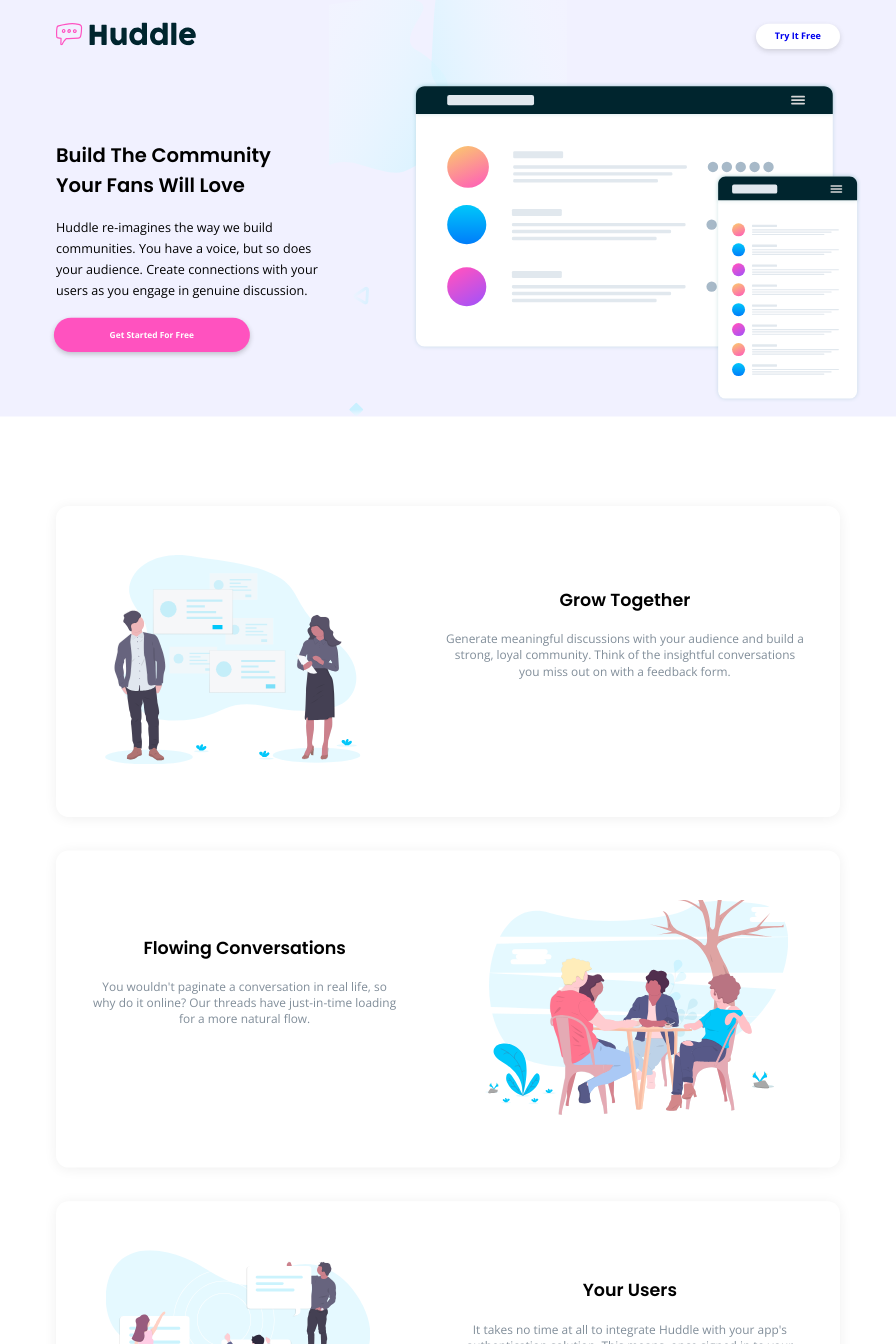
Repository: DejV44/Huddle-landing-page
Page: index.html
These files come from the project's save history. The page is drawn as it stood at one moment and after the next save; the edit follows.
The browser window is 1280 px wide. The pictures show the part of the page from y = 0 to 1920 px (the page is 3239 px tall), at 70% of full size.
The style sheet was rebuilt from its Sass, Less or Tailwind sources for each picture, by a compiler version that may differ from the author's.

Above is the page before, as saved 2021-08-22 14:02:17.

### index.html
<!DOCTYPE html>
<html lang="en">
<head>
  <meta charset="UTF-8">
  <meta name="viewport" content="width=device-width, initial-scale=1.0"> <!-- displays site properly based on user's device -->
  <link rel="stylesheet" href="/css/style.css">
  <link rel="stylesheet" href="/fontawesome-free-5.15.3-web/css/all.css">
  <link rel="icon" type="image/png" sizes="32x32" href="./images/favicon-32x32.png">

  <title>Frontend Mentor | Huddle landing page with alternating feature blocks</title>

</head>
<body>
  <header>
    <div class="nav">
      <div class="logo">
        <img src="/images/logo.svg" alt="logo">
      </div>
      <a href="#">Try It Free</a>
    </div>
    <content class="main">
      <article class="building">
        <h1>Build The Community Your Fans Will Love</h1>
        <h3> Huddle re-imagines the way we build communities. You have a voice, but so does your audience.
        Create connections with your users as you engage in genuine discussion.</h3>
        <a class="main-btn" href="#">Get Started For Free</a>
      </article>
      <div class="img-main">
        <img class="img" src="/images/illustration-mockups.svg" alt="">
      </div>
    </content>

  </header>
  <section class="cards">
    <div class="card-one">
      <div class="img-cards">
        <img src="/images/illustration-grow-together.svg" alt="">
      </div>
      <content class="card">
        <h2>Grow Together</h2>
        <p>Generate meaningful discussions with your audience and build a strong, loyal community.
        Think of the insightful conversations you miss out on with a feedback form.</p>
      </content>
    </div>
    <div class="card-two">
      <div class="img-cards">
        <img src="/images/illustration-flowing-conversation.svg" alt="">
      </div>
      <content class="card">
        <h2>Flowing Conversations</h2>
        <p>You wouldn't paginate a conversation in real life, so why do it online? Our threads
        have just-in-time loading for a more natural flow.</p>
      </content>
    </div>
    <div class="card-three">
      <div class="img-cards">
        <img src="/images/illustration-your-users.svg" alt="">
      </div>
      <content class="card">
        <h2>Your Users</h2>
        <p>It takes no time at all to integrate Huddle with your app's authentication solution.
        This means, once signed in to your app, your users can start chatting immediately.</p>
      </content>
    </div>
    <container class="ready">
      <h2>Ready To Build Your Community?</h2>
      <a href="#">Get Started For Free</a>
    </container>
  </section>
  <footer>
    <container class="footer">
      <div class="section1">
        <img src="/images/logoWhite.svg" alt="logo">
        <div class="info">
          <img src="/images/icon-location.svg" alt="location">
          <p>Lorem ipsum dolor sit amet, consectetur adipiscing elit, sed do eiusmod tempor
          incididunt ut labore et dolore magna aliqua</p>
        </div>
        <div class="phone">
          <img src="/images/icon-phone.svg" alt="phone">
          <a href="tel:+1-543-123-4567">+1-543-123-4567</a>
        </div>
        <div class="mail">
          <img src="/images/icon-email.svg" alt="email">
          <a href="example@huddle.com">example@huddle.com</a>
        </div>
      </div>
      <div class="section2">
        <ul>
          <li><a href="#">About Us</a></li>
          <li><a href="#">What We Do</a></li>
          <li><a href="#">FAQ</a></li>
        </ul>
      </div>
      <div class="section3">
        <ul>
          <li><a href="#">Career</a></li>
          <li><a href="#">Blog</a></li>
          <li><a href="#">Contact Us</a></li>
        </ul>
      </div>
      <div class="copyright">
        <div class="social">
          <span><i class="fab fa-facebook-f"></i></span>
          <span><i class="fab fa-twitter"></i></span>
          <span><i class="fab fa-instagram"></i></span>
        </div>
        <p>&copy; Copyright 2018 Huddle. All rights reserved.</p>
      </div>
    </container>
  </footer>
  <footer>
    <p class="attribution">
      Challenge by <a href="https://www.frontendmentor.io?ref=challenge" target="_blank">Frontend Mentor</a>.
      Coded by <a href="#">davegraphics</a>.
    </p>
  </footer>
</body>
</html>

### css/style.scss
* {
    margin: 0;
    padding: 0;
    //font-family: 'Poppins', sans-serif;
    -webkit-font-smoothing: antialiased;
}

body {
    font-family: 'Open Sans', sans-serif;
}

// ---FONTS---
@import url('https://fonts.googleapis.com/css2?family=Open+Sans:wght@400;700&display=swap');
@import url('https://fonts.googleapis.com/css2?family=Poppins:wght@600&display=swap');

@import "variables";
@import "mixin";

@import "cards";
@import "header";
@import "footer";

### css/_variables.scss
$Pink: hsl(322, 100%, 66%);
$PinkHover: hsl(322, 97%, 72%);
$VeryPaleCyan: hsl(193, 100%, 96%);
$VeryDarkCyan: hsl(192, 100%, 9%);
$GrayishBlue: hsl(208, 11%, 55%);

### css/_mixin.scss
@mixin cards {
    display: flex;
    flex-direction: column;
    margin: 3rem auto 1rem auto;
    text-align: center;
    box-shadow: rgba(0, 0, 0, 0.068) 0px 2px 18px;
    border-radius: 18px;
    align-items: center;
    @media (min-width: 768px) {
        flex-direction: row;

    }


    .card {

        display: block;
        margin: auto 3rem;
        h2 {
            padding-bottom: 1.5rem;
            font-size: 25px;
            font-family: 'Poppins', sans-serif
        }
        p {
            display: block;
            font-size: 17px;
            color: $GrayishBlue;
            padding-bottom: 3rem;
            margin-bottom: 2rem;

        }
    }
    .img-cards {
        display: block;
        padding: 30px 50px;
        margin: auto;

            img {
                width: 90%;
                margin: 40px auto;
            }
    }
}

### css/_cards.scss
.cards {
    padding: 1rem;
    margin: 0 auto;
    box-sizing: border-box;


    .card-one, .card-two, .card-three {
        @include cards;
    }

    .ready {
        display: block;
        box-sizing: border-box;
        text-align: center;
        transform: translateY(50%);
        background-color: white;
        margin: 0 auto;
        padding: 1rem 1rem;
        box-shadow: rgba(39, 39, 39, 0.24) 0px 3px 8px;
        max-width: 600px;
        text-align: center;
        align-items: center;
        border-radius: 18px;
        h2 {
            font-size: 21px;
            font-family: 'Poppins', sans-serif;
            margin: 1.5rem auto;
        }

        a {
            display: block;
            text-decoration: none;
            font-weight: 600;
            font-size: 12px;
            margin: 1.5rem auto;
            padding: 1rem 0;
            max-width: 250px;
            border-radius: 30px;
            background: $Pink;
            color: white;
            box-shadow: rgba(39, 39, 39, 0.24) 0px 3px 8px;

            &:hover {
                background: $PinkHover;
            }
        }
    }

}

@media (min-width: 768px) {
    .cards {
       padding: 5rem;

       .card-two {
        flex-direction: row-reverse;
    }
    }




}

### css/_header.scss
header {
    background: url(/images/bg-hero-mobile.svg);
    background-color: rgb(241, 241, 255);
    background-size: contain;
    background-position: center;
    background-repeat: no-repeat;
    text-align: center;

    .nav {
        display: flex;
        justify-content: space-between;
        padding: 2rem 1.6rem;
        @media (min-width: 768px) {
            padding: 2rem 5rem;

        }

        img {
            width: 120px;

            @media (min-width: 768px) {
                width: 200px;

            }
        }

        a {
            text-decoration: none;
            font-size: 13px;
            font-weight: 600;
            margin-top: -4px;
            padding: 0.3rem 1.7rem;
            background-color: white;
            border-radius: 25px;
            box-shadow: rgba(99, 99, 99, 0.24) 0px 3px 8px;

            @media (min-width: 768px) {
                margin-top: 2px;
                padding: 0.5rem 1.7rem;
                text-align: center;

            }
            &:hover {
                color: $GrayishBlue;
            }


        }

    }
    .main {

        margin: 0 auto;

        .building {
            margin: 4rem 3rem 2rem 3rem;
            max-width: 410px;


            h1 {
                margin: 0 1rem;
                font-size: 28px;
                font-family: 'Poppins', sans-serif
            }

            h3 {
                font-weight: 400;
                font-size: 18px;
                margin: 1.5rem 0;
                line-height: 30px;
            }

            .main-btn {

                display: block;
                text-decoration: none;
                font-weight: 600;
                font-size: 12px;
                margin: 1.5rem auto;
                padding: 1rem 0;
                max-width: 280px;
                border-radius: 30px;
                background: $Pink;
                color: white;
                box-shadow: rgba(39, 39, 39, 0.24) 0px 3px 8px;
                @media (min-width: 768px) {
                    margin: 1.5rem 0 1.5rem 0.8rem;

                }

                &:hover {
                background: $PinkHover;
                }
            }

        }
        .img-main {
            padding: 15px 50px;



            .img {
                width: 100%;
                margin-bottom: 40px;
                @media (min-width: 768px) {
                    margin-bottom: 0;

                }
            }
        }
    }


}

@media (min-width: 768px) {
    .main {
        display: flex;
        align-items: center;

        .building {
            padding: 1rem;

            h1 {
                text-align: left;
                padding-left: 0;
            }

            h3 {
                text-align: left;
                padding-left: 1rem;
            }


        }

    }
}

### css/_footer.scss
footer {
    background-color: $VeryDarkCyan;
     .section1 {
         padding: 150px 1rem 2rem 1rem;
         color: white;

         img {
             width: 180px;
             padding-bottom: 1.5rem;
         }

         .info, .phone, .mail {
             display: flex;
              img {
                  width: 20px;
                  height: 18px;
                  margin-right: 30px;
                  margin-top: 10px;
              }
              p {
                  cursor: pointer;
                  padding-bottom: 30px;
              }
              a {

                  text-decoration: none;
                  margin-top: 8px;
                  color: white;
              }
         }



    }

    .section2, .section3 {
        box-sizing: border-box;

        ul {
            color: white;
            margin-left: 1rem;
            li {
                list-style: none;
                padding: 10px 0;
                a {
                    text-decoration: none;
                    color: white;
                    &:hover {
                    border-bottom: 1px solid white;
                    }
                }

            }
        }

    }
    .copyright {
        text-align: center;
        .social {
            text-align: center;
            display: block;
            margin: 1rem auto;
            color: white;


            span {
                border: 1px solid white;
                border-radius: 50%;
                width: 40px;
                height: 40px;
                display: inline-flex;
                align-items: center;
                justify-content: center;
                cursor: pointer;
                margin: 5px;
                &:hover {
                    color: $Pink;
                    border: 1px solid $Pink;
                }


            }

            i {
                font-family: 'Font Awesome 5 Brands';
                display: inline-block;
                font-style: normal;
                font-variant: normal;
                text-rendering: auto;
                line-height: 1;
                padding: 12px;
                border-radius: 50%;
            }

        }
        p {
            font-size: 13px;
            color: white;
            padding-bottom: 1rem;
        }
    }
}





.attribution {
    font-size: 11px;
    text-align: center;
    padding: 1rem;
    a {
    color: hsl(228, 45%, 44%);
    }
}

Loaded but not shown: fontawesome-free-5.15.3-web/css/all.css (library)

After the next save:
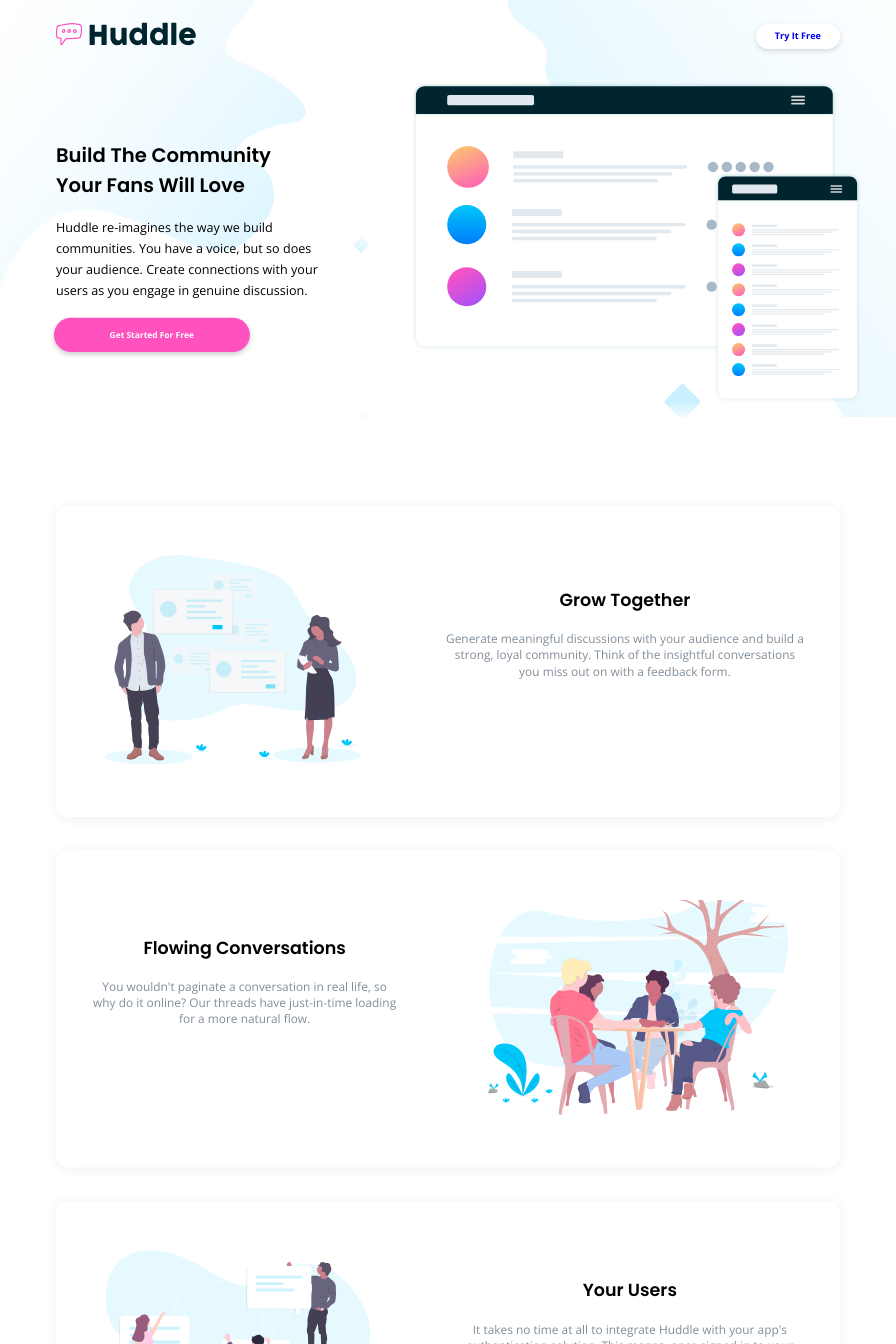
Saved 83 s later.
--- a/css/_header.scss
+++ b/css/_header.scss
@@ -5,6 +5,10 @@ header {
     background-position: center;
     background-repeat: no-repeat;
     text-align: center;
+    @media (min-width: 768px) {
+        background: url(/images/bg-hero-desktop.svg);
+    }
+
 
     .nav {
         display: flex;
